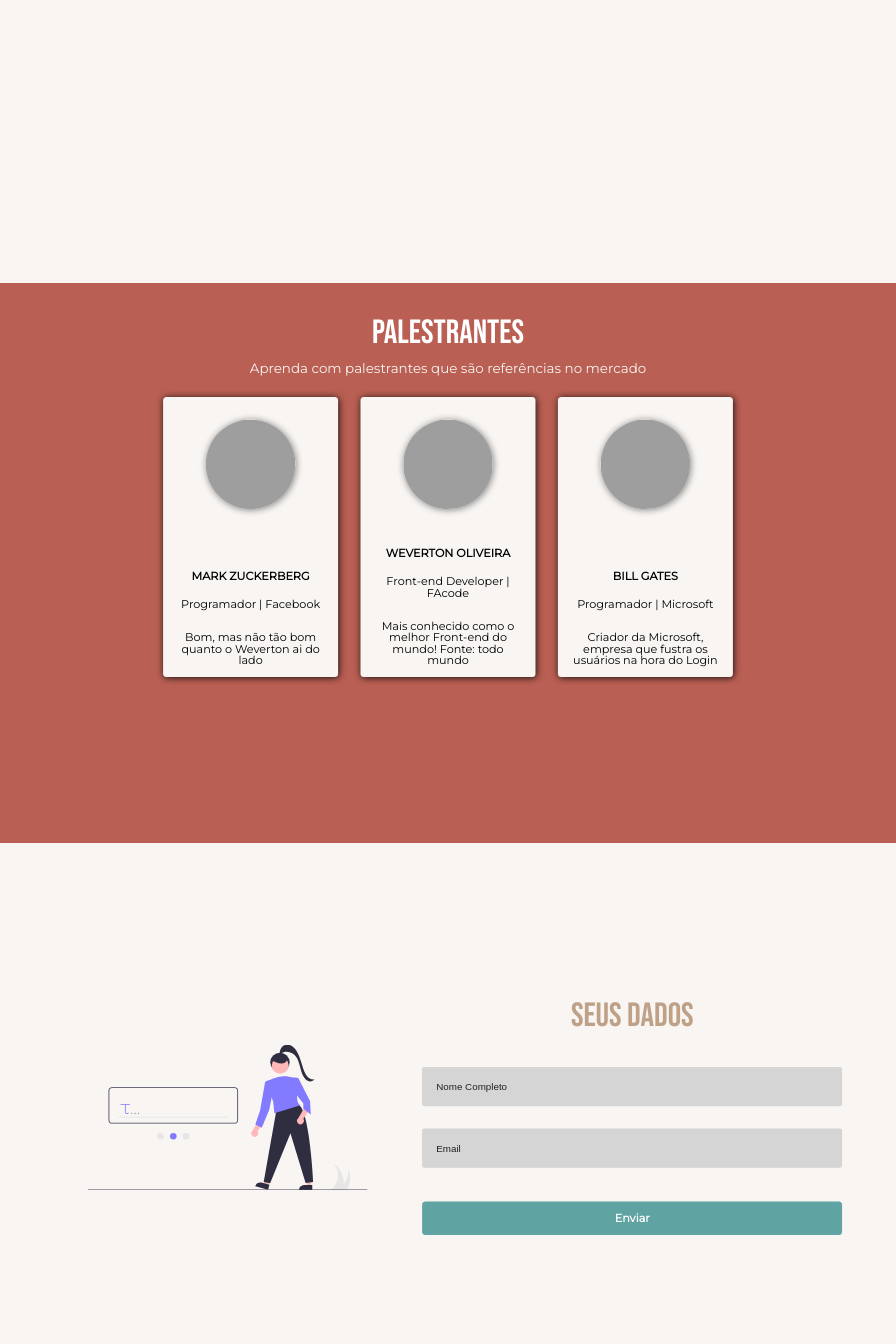
Repository: tomoliveira1/aluraconf
Page: index.html
The author's editor kept a copy of each file at every save. The page is drawn from the files as they stood at one save, then again after the next save.
The browser window is 1280 px wide. The pictures show the part of the page from y = 1115 to 3035 px (the page is 3072 px tall), at 70% of full size.
Pictures or frames that could not be fetched are drawn as grey boxes.

Above is the page before, as saved 2021-10-14 01:01:00.

### index.html
<!-- PROJETO FINAL - ALURACONF -->

<!DOCTYPE html>
<html lang="pt-br">
  <head>
    <meta charset="UTF-8" />
    <meta http-equiv="X-UA-Compatible" content="IE=edge" />
    <meta name="viewport" content="width=device-width, initial-scale=1.0" />
    <title>AluraConf</title>
    <link rel="shortcut icon" href="./aluraconf/img/favicon.ico" type="image/x-icon">

    <link rel="preconnect" href="https://fonts.googleapis.com" />
    <link rel="preconnect" href="https://fonts.gstatic.com" crossorigin />

    <link rel="stylesheet" href="/aluraconf/css/reset.css" />
    <link rel="stylesheet" href="/aluraconf/css/base.css" />
    <link rel="stylesheet" href="aluraconf/css/header.css" />
    <link rel="stylesheet" href="aluraconf/css/about.css" />
    <link rel="stylesheet" href="aluraconf/css/speakers.css" />
    <link rel="stylesheet" href="aluraconf/css/form.css" />
    <link
      href="https://fonts.googleapis.com/css2?family=Bebas+Neue&family=Montserrat:wght@300;400&display=swap"
      rel="stylesheet"
    />
  </head>
  <body>
    <header class="header container">
      <div class="navigation">
        <nav class="header_nav">
          <ul>
            <li class="header_link"><a href="#about">Sobre</a></li>
            <li class="header_link"><a href="#speakers">Palestrantes</a></li>
          </ul>
        </nav>
      </div>

      <div class="header_text container">
        <h1 class="header_title">aluraconf</h1>
        <h1 class="header_subtitle">30 Maio - Rio</h1>

        <a class="header_button button" href="#subscribe">Inscreva-se</a>
      </div>

      <img
        class="header_image"
        src="aluraconf/img/phone.svg"
        alt="ilustração de uma pessoa usando um computador"
      />
    </header>

    <main>
      <section id="about" class="about container">
        <h1>Muito conteúdo: do frontend ao backend</h1>
        <h2>30 de Maio de 2017 - na Cidade Maravilhosa</h2>
        <p>
          Com a AluraConf abordaremos o que há de novidade e conhecimentos
          essenciais a um desenvolvedor mobile
        </p>
        <p>
          É uma grande chance de ficar por dentro dos assuntos de Android, iOS,
          Wev mobile, desenvolvimento híbrido, UX, além da parte backend com
          Rest, Microservices, e BigData. O desenvolvedor atualizado vai estar
          aqui.
        </p>
      </section>

      <section id="speakers" class="speakers container">
        <h1>Palestrantes</h1>
        <h2>Aprenda com palestrantes que são referências no mercado</h2>

        <div class="cards">
          <div class="card">
            <img
              src="https://i.insider.com/60c1df2b23393a00188e25da?width=1136&format=jpeg"
              alt="foto de perfil Weverton"
              class="profile_picture"
            />

            <div class="info_container">
              <span class="profile_name">Mark Zuckerberg</span>
              <span class="profile_subtitle">Programador | Facebook</span>
              <span class="profile_description"
                >Bom, mas não tão bom quanto o Weverton ai do lado</span
              >
            </div>
          </div>

          <div class="card">
            <img
              src="https://avatars.githubusercontent.com/u/85240595?v=4"
              alt="foto de perfil Weverton"
              class="profile_picture"
            />

            <div class="info_container">
              <span class="profile_name">Weverton Oliveira</span>
              <span class="profile_subtitle">Front-end Developer | FAcode</span>
              <span class="profile_description"
                >Mais conhecido como o melhor Front-end do mundo! Fonte: todo
                mundo</span
              >
            </div>
          </div>

          <div class="card">
            <img
              src="https://conteudo.imguol.com.br/c/tab/85/2020/07/07/o-empresario-e-filantropo-bill-gates-1594123769189_v2_450x337.jpg"
              alt="foto de perfil Weverton"
              class="profile_picture"
            />

            <div class="info_container">
              <span class="profile_name">Bill Gates</span>
              <span class="profile_subtitle">Programador | Microsoft</span>
              <span class="profile_description"
                >Criador da Microsoft, empresa que fustra os usuários na hora do Login</span
              >
            </div>
          </div>
        </div>
      </section>

      <section id="subscribe" class="form container">
        <img
          src="aluraconf/img/form-image.svg"
          alt="Ilustração de cadastro"
          class="form_image"
        />

        <div class="inputs">
          <h1 class="title">seus dados</h1>
          <form>
            <label class="custom_field">
              <input
                class="form_input"
                type="text"
                id="nome"
                placeholder="Nome Completo"
              />
            </label>

            <label class="custom_field">
              <input
                class="form_input"
                type="text"
                id="email"
                placeholder="Email"
              />
            </label>
          </form>

          <a class="submit_button button">Enviar</a>
        </div>
      </section>
    </main>
  </body>
</html>

### aluraconf/css/base.css
:root {
  /* Colors */
  --clr-gray: #37474f;
  --text-color: #3f434f;
  --red: #eb4b36;
  --bg-orange: #ba5f53;
  --bg-color-darker: #282355;
  --bg-color-lighter: #533a8a;
  --button-hover: #2a87a1;
  --clr-primary: #2f7b91;
  --button: #5fa3a3;
  --white: #fff;
  --beige: #bea187;
  --input: #d5d5d5;
  --clr-gray-light: #b0bec5;
  --light-beige: #f8f5f2;

  /* Fonts */

  --bebas-neue: "Bebas Neue", cursive;
  --montserrat: "Montserrat", sans-serif;
}

html {
  scroll-behavior: smooth;
}

body {
  font-family: "Bebas Neue", cursive;
  font-family: "Montserrat", sans-serif;
}

.container {
  padding-right: 6%;
  padding-left: 6%;
}

.title {
  font-family: var(--bebas-neue);
  text-transform: uppercase;
  font-size: 3rem;
}

.button {
  background-color: var(--button);
  color: var(--white);
  font-weight: 600;
  text-align: center;
  display: block;
  box-sizing: border-box;
  padding: 1rem 2rem;
  border-radius: 5px;
  transition: all 0.2s;
}

.button:hover {
  background-color: var(--button-hover);
}

### aluraconf/css/header.css
.header {
  background-image: linear-gradient(
    var(--bg-color-darker),
    var(--bg-color-lighter)
  );

  width: 100%;
  min-height: 100vh;

  box-sizing: border-box;

  display: flex;
  flex-direction: column;
  align-items: center;

  padding-top: 0.75rem;
  padding-bottom: 0.75rem;
}

.header_nav {
  text-align: center;
}

.header_link {
  color: var(--white);
  font-size: 1rem;
  font-weight: 600;

  display: inline-block;

  margin-right: 0.7rem;
  margin-bottom: 4rem;
  margin-left: 0.7rem;

  padding: 0.75rem 1.25rem;
}

.header_title {
  font-family: "Bebas Neue", cursive;
  color: var(--white);
  font-size: 5rem;
}

.header_subtitle {
  font-family: "Bebas Neue", cursive;
  font-size: 3.5rem;
  color: var(--red);
  margin-bottom: 6rem;
}

.header_button {
  width: 100%;
}

.header_image {
  display: none;
}

@media screen and (min-width: 1024px) {
  .navigation {
    width: 100%;
    align-items: center;
  }

  .header_title {
    font-size: 7rem;
  }

  .header_subtitle {
    font-size: 5rem;
  }

  .header_button {
    width: 300px;
    padding: 30px;
    font-size: 25px;
  }

  .header_text {
    align-items: center;
    margin-top: 2rem;
    margin-left: 3rem;
    display: flex;
    flex-direction: column;
  }

  .header {
    align-items: start;
  }

  .header_link {
    align-content: center;
    font-size: 0.75rem;
    position: relative;
  }

  .header_image {
    width: 450px;
    display: flex;
    position: absolute;
    left: 55%;
    top: 30%;
  }
}

### aluraconf/css/about.css
.about {
  background-color: var(--light-beige);
  min-height: 100vh;
  padding: 3rem 5% 2rem;
  line-height: 1.2;
}

.about h1 {
  font-family: "Bebas Neue", cursive;
  color: var(--beige);
  text-transform: uppercase;
  text-align: center;
  font-size:3rem;
  margin-bottom: 1rem;
}

.about h2 {
  color: var(--bg-color-darker);
  font-family: "Montserrat", sans-serif;
  font-weight: bold;
  text-align: center;
  font-size: 1.2rem;
  margin-bottom: 1rem;
}

.about p {
  color: var(--text-color);
  width: 100%;
  display: block;
  text-align: center;
  margin-bottom: 1rem;
  margin-right: 0;
}

### aluraconf/css/speakers.css
.speakers {
  min-height: 100vh;
  background-color: var(--bg-orange);
  padding: 3rem 5% 2rem;
  align-items: center;
  display: flex;
  flex-direction: column;
}

h1 {
  font-family: var(--bebas-neue);
  color: var(--white);
  text-transform: uppercase;
  text-align: center;
  font-size: 3rem;
  margin-bottom: 1rem;
}

h2 {
  font-family: var(--montserrat);
  color: var(--light-beige);
  text-align: center;
  font-size: 1.2rem;
  margin-bottom: 1rem;
}

.cards {
  display: flex;
  flex-direction: column;
  align-items: center;
}

.card {
  width: 250px;
  height: 400px;
  background-color: var(--light-beige);
  border-radius: 5px;
  box-shadow: 1px 1px 10px rgb(15, 15, 15);
  display: flex;
  flex-direction: column;
  justify-content: space-between;
  align-items: center;
  margin: 1rem;
}

.profile_picture {
  margin-top: 2rem;
  width: 8rem;
  height: 8rem;
  border-radius: 50%;
  box-shadow: 1px 1px 10px grey;
}

.info_container {
  width: 100%;
  display: flex;
  flex-direction: column;
  align-items: center;
}

.profile_name {
  margin: 2rem 2rem 0.5rem;
  font-weight: bold;
  text-transform: uppercase;
}

.profile_subtitle {
  margin: 1rem;
  text-align: center;
}

.profile_description {
  margin: 1rem;
  text-align: center;
}

@media screen and (min-width: 1024px) {
  .cards {
    flex-direction: row;
  }

  .card:hover {
    cursor: pointer;
    transform: translateY(10px);
    transition: all 0.3s ease;
  }
}

### aluraconf/css/form.css
.form {
  display: flex;
  flex-direction: column;
  background-color: var(--light-beige);
  min-height: 70vh;
  padding-top: 2rem;
  align-items: center;
  min-height: 100vh;
}

.form h1 {
  color: var(--beige);
  margin-bottom: 1rem;
}

.custom_field {
  position: relative;
  font-size: 14px;
  padding-top: 20px;
  margin-bottom: 5px;
}

.custom_field input {
  width: 100%;
  box-sizing: border-box;
  border: none;
  appearance: none;
  background: var(--input);
  padding: 20px;
  border-radius: 3px;
  margin-top: 2rem;
  outline: none;
  font-size: 14px;
}

.curstom_field span {
  position: absolute;
  left: 12px;
  top: 50%;
}

input:focus::placeholder {
  color: rgb(143, 143, 143);
}

input::placeholder {
  color: #222;
  transition: color 0.3s ease;
}

.submit_button {
  width: 100%;
  margin-top: 3rem;
  cursor: pointer;
}

.form_image {
  display: none;
}

@media screen and (min-width: 1024px) {
  .form {
    flex-direction: row;
    justify-content: space-between;
  }

  .submit_button {
    width: 600px;
  }

  .inputs {
    flex-direction: column;
  }

  .form_image {
    margin-left: 3rem;
    width: 400px;
    display: flex;
    position: relative;
  }
}

Loaded but not shown: aluraconf/css/reset.css (common file)

After the next save:
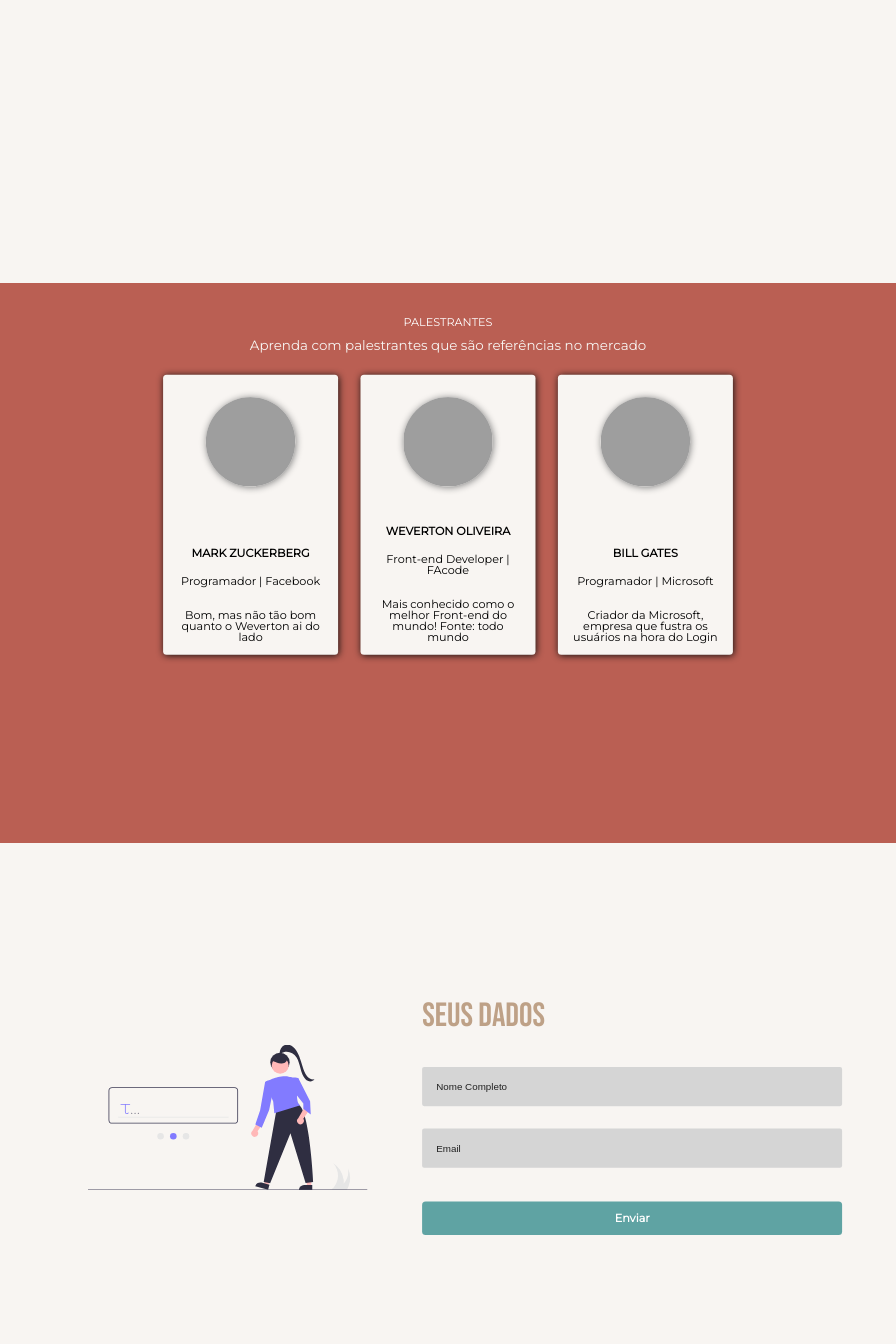
Saved 46 s later.
--- a/aluraconf/css/speakers.css
+++ b/aluraconf/css/speakers.css
@@ -8,11 +8,8 @@
 }
 
 h1 {
-  font-family: var(--bebas-neue);
   color: var(--white);
   text-transform: uppercase;
-  text-align: center;
-  font-size: 3rem;
   margin-bottom: 1rem;
 }
 
